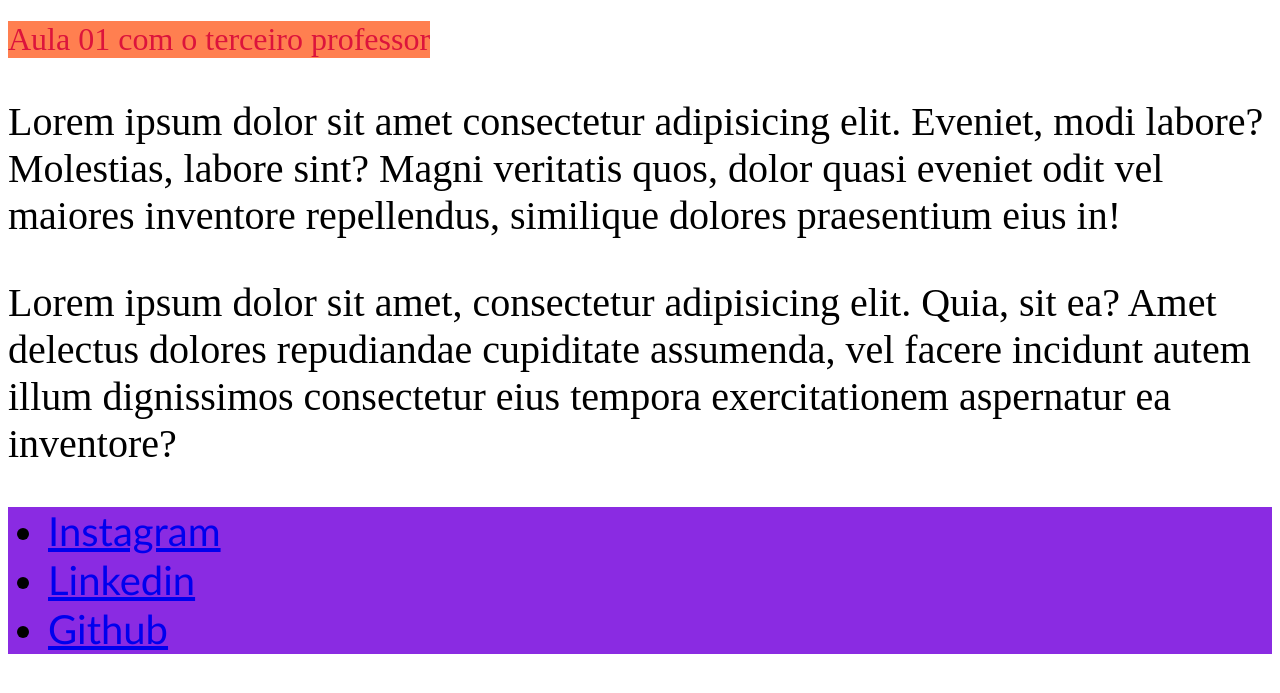
Repository: geracao-11/aula-01-pt2
Page: index.html
The author's editor kept a copy of each file at every save. The page is drawn from the files as they stood at one save, then again after the next save.
The browser window is 1280 px wide. The pictures show the whole page.

Above is the page before, as saved 2025-04-09 10:53:53.

After the next save:
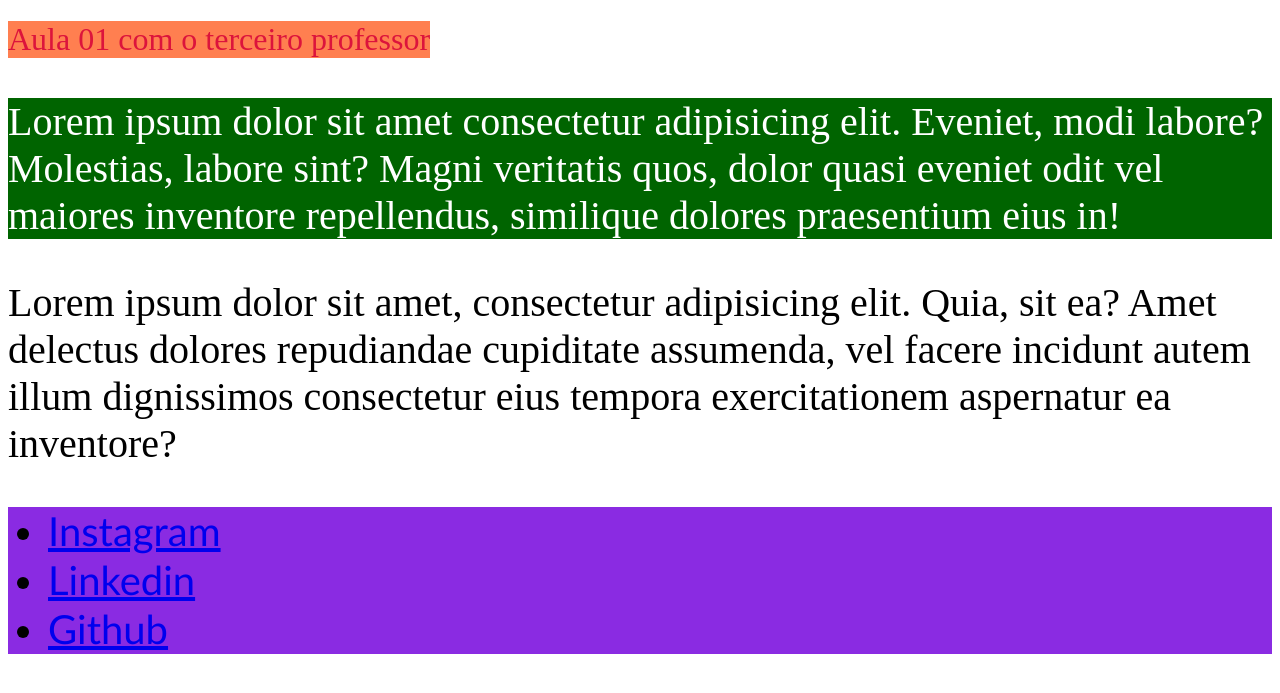
Saved 6 s later.
--- a/style.css
+++ b/style.css
@@ -10,7 +10,7 @@ h1 {
     max-width: fit-content;
 }
 
-. {
+.container-1 {
     max-width: fit-content;
     background-color: darkgreen;
     color: white;

After the 3 saves that followed:
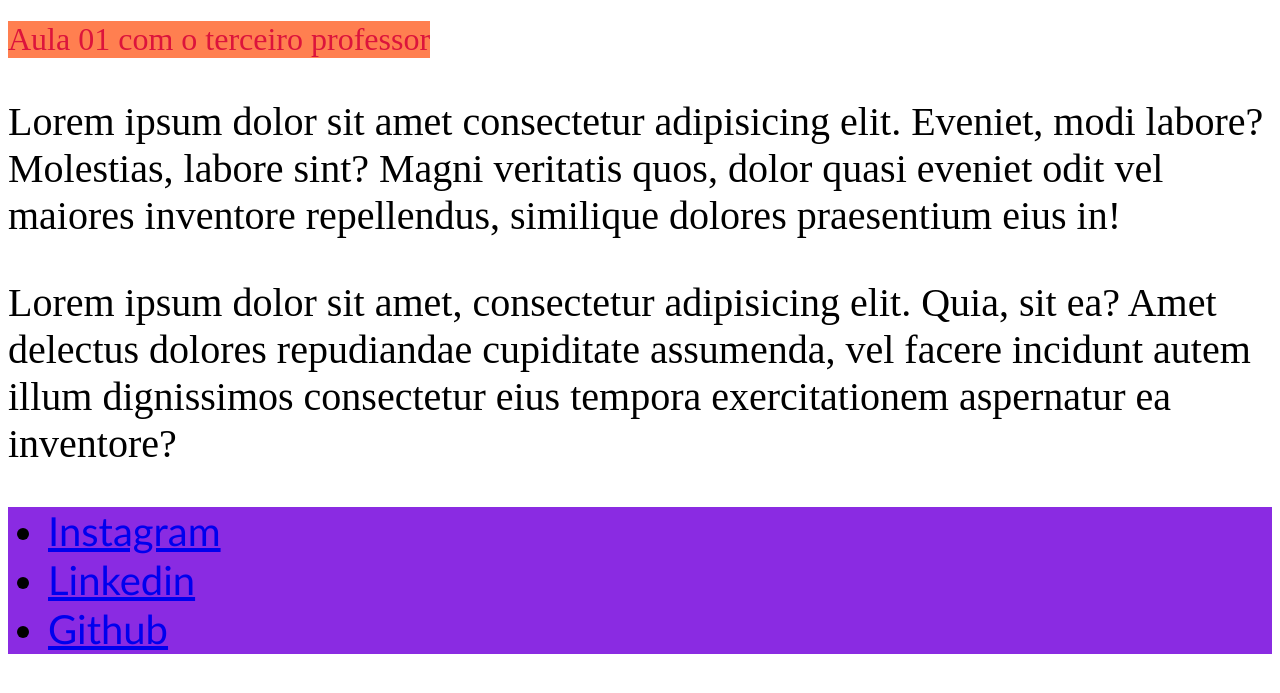
The 3 saves are shown as one change because 1 left the picture as it was and some came seconds apart.
The last was saved 2 min 7 s later.
--- a/index.html
+++ b/index.html
@@ -10,7 +10,7 @@
     <header></header>
     <main>
       <h1 id="titulo-pagina">Aula 01 com o terceiro professor</h1>
-      <div class="container-1">
+      <div class="chocolate">
         <p>
             Lorem ipsum dolor sit amet consectetur adipisicing elit. Eveniet, modi labore? Molestias, labore sint? Magni veritatis quos, dolor quasi eveniet odit vel maiores inventore repellendus, similique dolores praesentium eius in!
         </p>
